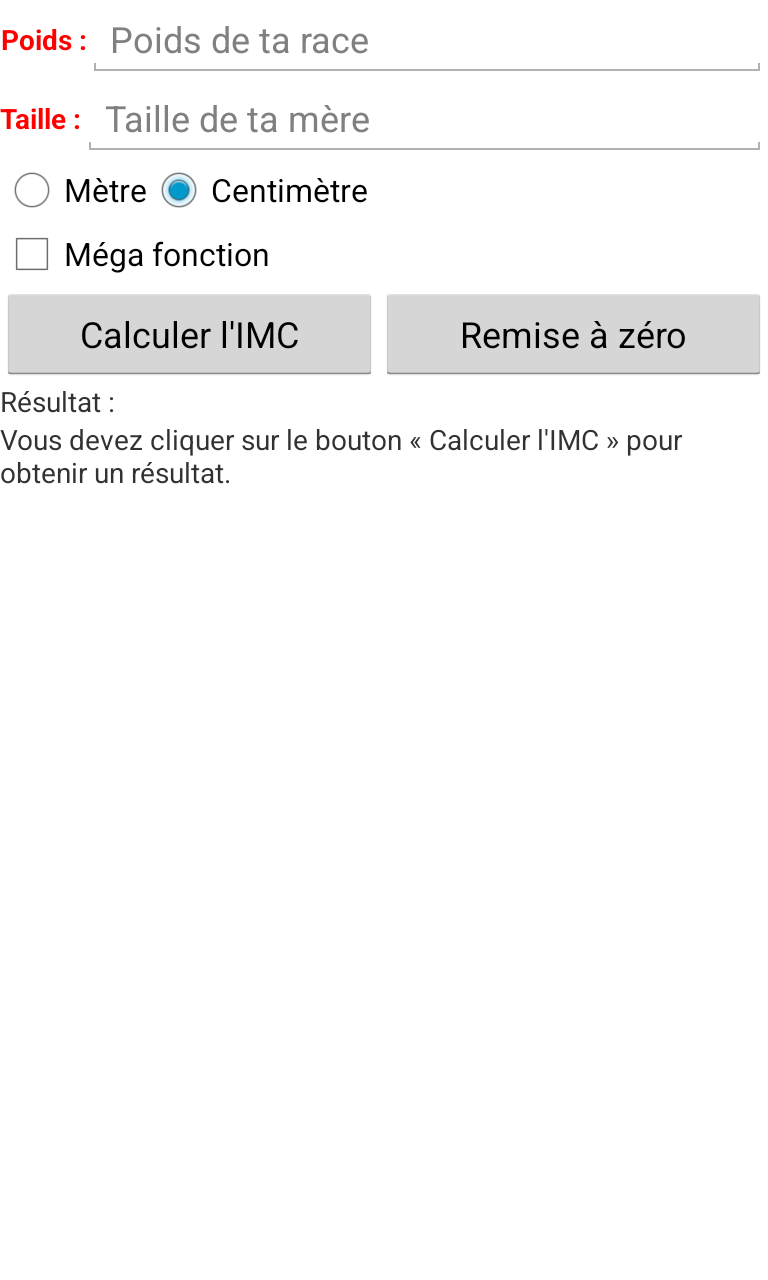
Repository: BlackyFox/PST4-NFC
Layout: Antoine/App_test/res/layout/activity_main.xml
These files come from the project's save history. The layout is drawn as it stood at one moment and after the next save; the edit follows.
It is drawn on a 768 x 1280 px phone screen (xhdpi) without system bars, with theme AppTheme; the app's code is not run.

Above is the layout before, as saved 2014-11-03 16:39:27.

After the next save:
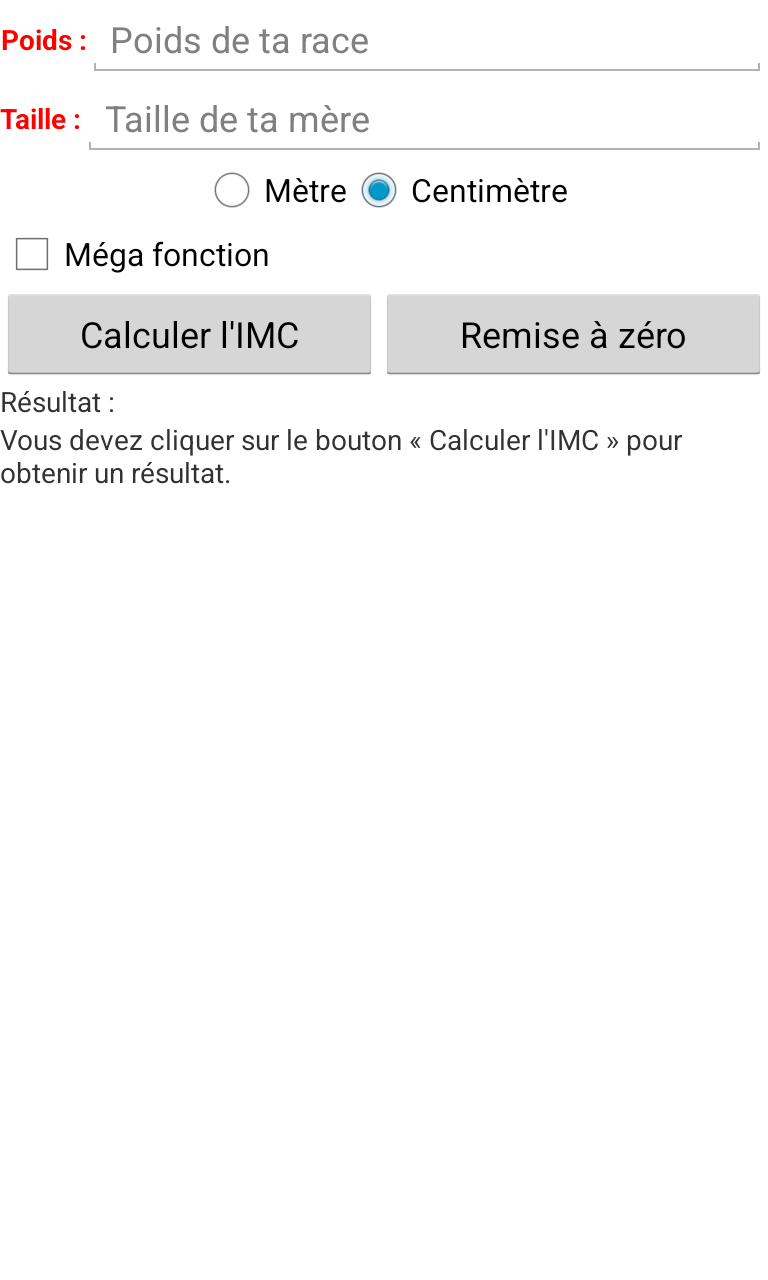
Saved 2 min 50 s later.
--- a/Antoine/App_test/res/layout/activity_main.xml
+++ b/Antoine/App_test/res/layout/activity_main.xml
@@ -44,7 +44,8 @@
     </LinearLayout>
 <RelativeLayout
   android:layout_width="wrap_content"
-  android:layout_height="wrap_content" >
+  android:layout_height="wrap_content"
+  android:layout_gravity="center">
 
   <RadioGroup
     android:id="@+id/group"
